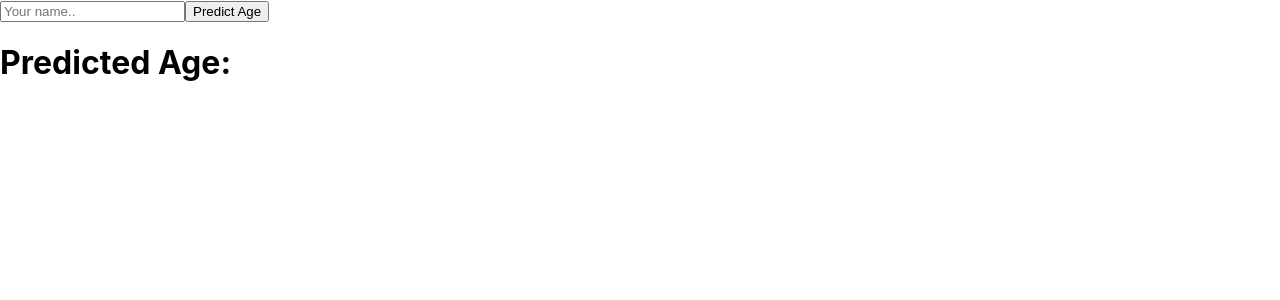
Repository: anonymous1508/age_predictor
Page: /
The author's editor kept a copy of each file at every save. The page is drawn from the files as they stood at one save, then again after the next save.
The browser window is 1280 px wide. The pictures show the whole page.
The project was rebuilt for these pictures with package versions that can differ from the ones it lists, and the page was loaded fresh each time. Also part of the build but not shown: src/App.css.

Above is the page before, as saved 2023-06-03 21:52:59.

### src/App.js

import './App.css';
import { useEffect,useState } from 'react';
import Axios from "axios";

function App() {
  const [name,setname]=useState("");
  const[predictedage,setpredictedage]=useState("")
  const Fetchdata= ()=>{


    Axios.get(`https://api.agify.io?name=${name}`).then((res)=>{
      setpredictedage(res.data.age);
    });
  }
  return (
    <div className="App">
    <input placeholder='Your name..' onChange={(event)=>{
      setname(event.target.value);
    }}></input>
      <button className='' onClick={Fetchdata}>
        Predict Age
      </button>
      <h1>
        Predicted Age: {predictedage}
      </h1>
    </div>
  );
}

export default App;

Loaded but not shown: public/index.html (common file); src/index.js (common file); src/index.css (common file); src/reportWebVitals.js (common file)

After the next save:
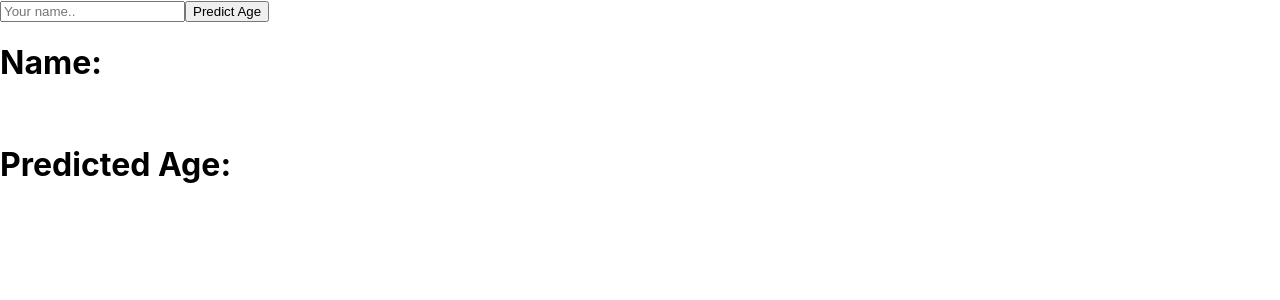
Saved 2 min 44 s later.
--- a/src/App.js
+++ b/src/App.js
@@ -22,7 +22,11 @@ function App() {
         Predict Age
       </button>
       <h1>
-        Predicted Age: {predictedage}
+          Name: {predictedage?.name}
+      </h1>
+      <br></br>
+      <h1>
+        Predicted Age: {predictedage?.age}
       </h1>
     </div>
   );
